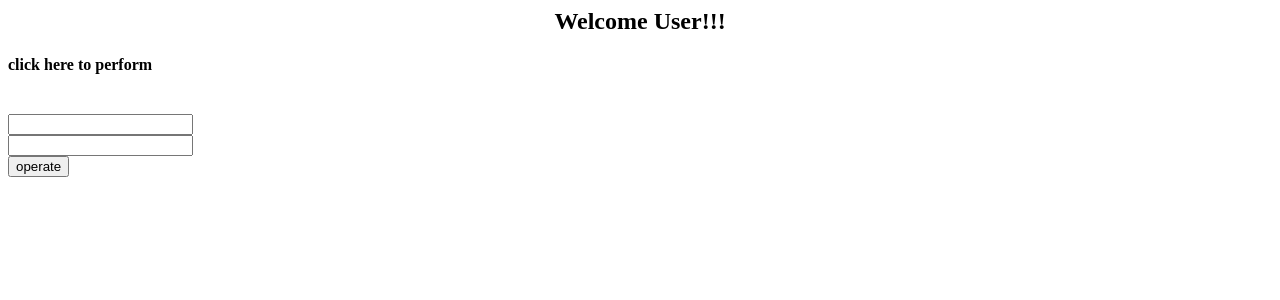
Repository: Rahul1488/servlets
Page: http://localhost/jspproject/
The author's editor kept a copy of each file at every save. The page is drawn from the files as they stood at one save, then again after the next save.
The browser window is 1280 px wide. The pictures show the whole page.
The page is served by Tomcat 9.

Above is the page before, as saved 2021-12-31 04:03:35.

### jspproject/src/main/webapp/index.jsp
<html>
<body>

 <h2 align="center">Welcome User!!!</h2>
<form action="./number.jsp"><h4>click here to perform</h4>
<br>
<input type="text" name="number1">
<br>
<input type="text" name="number2">
<br>
<input type="submit" value="operate">
</form>
</body>
</html>

After the next save:
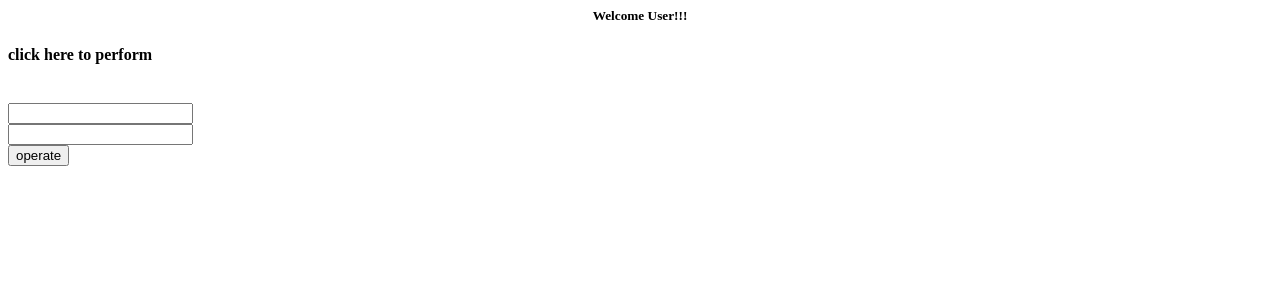
Saved 15 s later.
--- a/jspproject/src/main/webapp/index.jsp
+++ b/jspproject/src/main/webapp/index.jsp
@@ -1,7 +1,7 @@
 <html>
 <body>
 
- <h2 align="center">Welcome User!!!</h2>
+ <h5 align="center">Welcome User!!!</h5>
 <form action="./number.jsp"><h4>click here to perform</h4>
 <br>
 <input type="text" name="number1">
